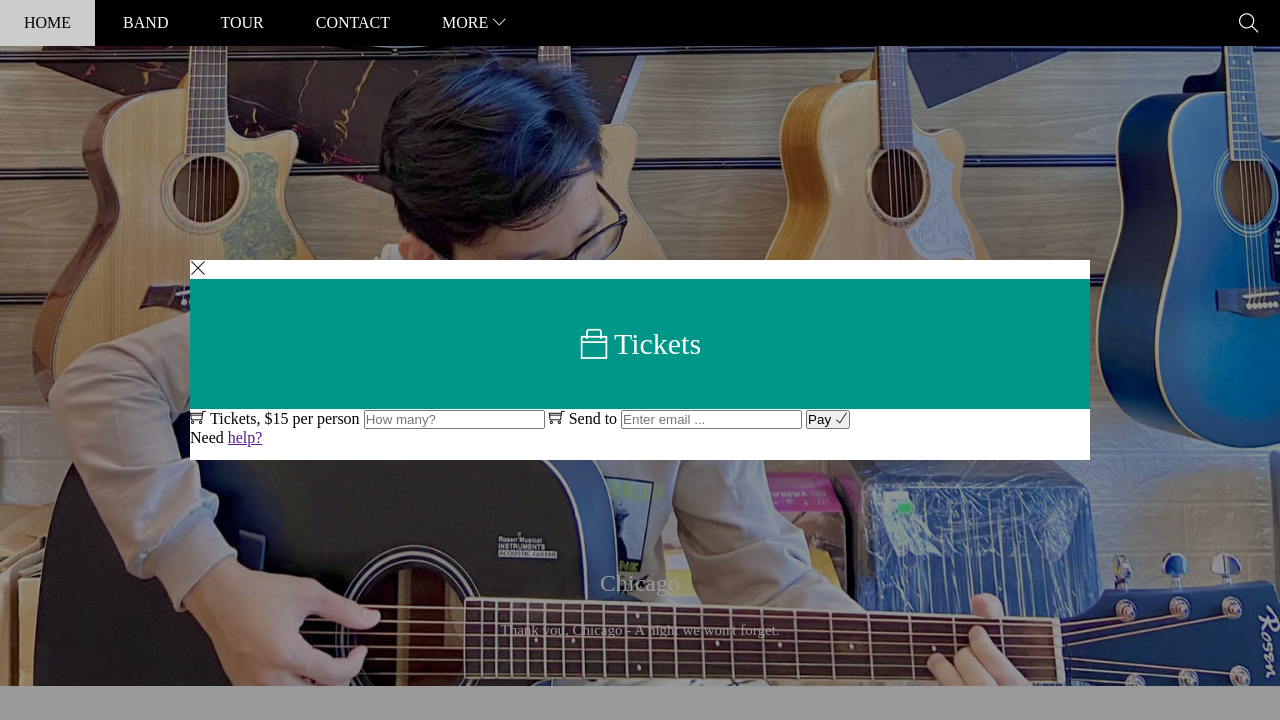
Repository: quochung2k3/Web-Team
Page: index.html
The author's editor kept a copy of each file at every save. The page is drawn from the files as they stood at one save, then again after the next save.
The browser window is 1280 px wide. The pictures show the window.
A layer covers the whole window, so only the first screen is drawn.

Above is the page before, as saved 2023-08-14 19:21:13.

After the next save:
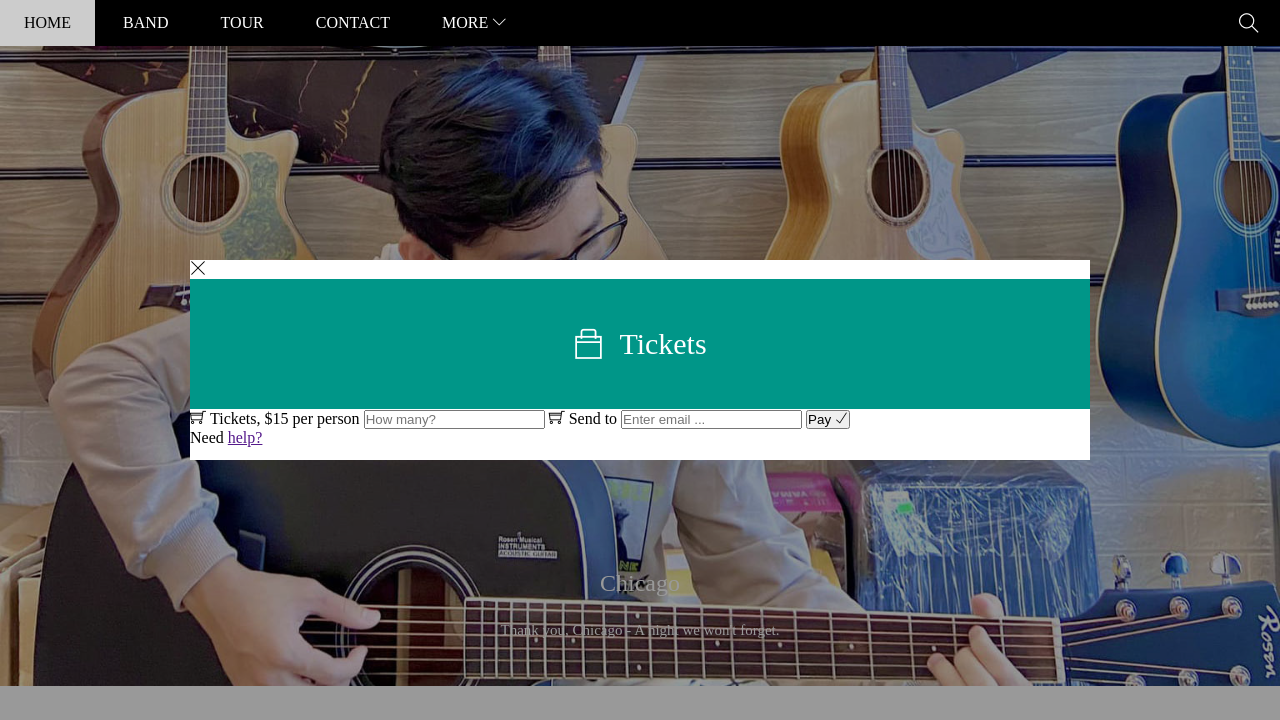
Saved 31 s later.
--- a/assets/css/style.css
+++ b/assets/css/style.css
@@ -316,7 +316,7 @@
 }
 
 .modal-heading-icon {
-    margin-right: 5px;
+    margin-right: 16px;
 }
 
 .modal-body {
